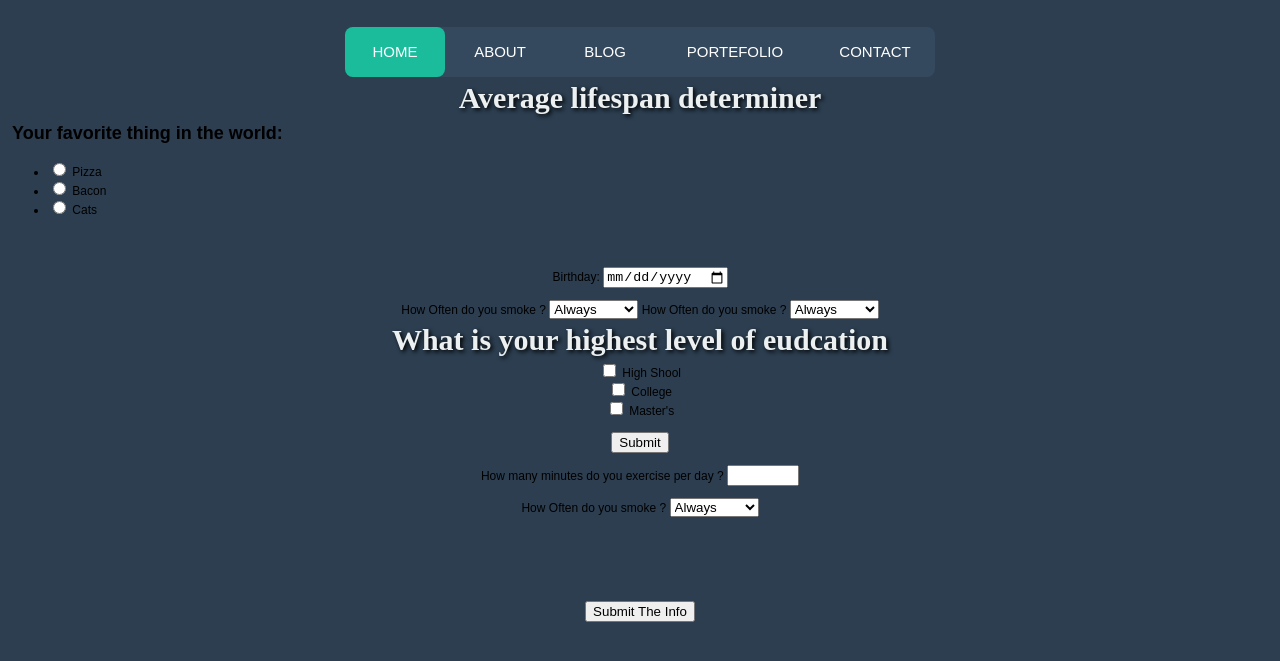
Repository: navid-amini12/capstone-1
Page: wordgame.html
The author's editor kept a copy of each file at every save. The page is drawn from the files as they stood at one save, then again after the next save.
The browser window is 1280 px wide. The pictures show the whole page.

Above is the page before, as saved 2022-06-01 11:28:38.

### wordgame.html


  <link rel="stylesheet" type="text/css" href="Life.css">






 <div class = "container">

   <div class = "element">


<!-- NAVATION STARTING  -->

<nav class ="mynavigation">
  <a href="#">Home</a>
  <a href="#">About</a>
  <a href="#">Blog</a>
  <a href="#">Portefolio</a>
  <a href="#">Contact</a>
  <div class="animation start-home"></div>
</nav>
  <!-- NAVIGATION ENDING -->
    <h1>Average lifespan determiner</h1>







    <div class="alert">
    </div>

    <div class="container">

      <h2>Your favorite thing in the world:</h2>

      <ul>
      <li>
        <input type="radio" id="f-option" name="selector">
        <label for="f-option">Pizza</label>

        <div class="check"></div>
      </li>

      <li>
        <input type="radio" id="s-option" name="selector">
        <label for="s-option">Bacon</label>

        <div class="check"><div class="inside"></div></div>
      </li>

      <li>
        <input type="radio" id="t-option" name="selector">
        <label for="t-option">Cats</label>

        <div class="check"><div class="inside"></div></div>
      </li>
    </ul>
    </div>

    <div class="signature">
    </div>


















  <div class = "left"><form action="/action_page.php">
    <label for="birthday">Birthday:</label>
    <input type="date" id="birthday" name="birthday">

  </form>

<label for="cars">How Often do you smoke ?</label>

<select id="questions">
<option value="volvo">Always</option>
<option value="saab">Often</option>
<option value="opel">Sometimes</option>
<option value="audi">Rarely</option>
<option value="audi">Never</option>
</select>

<label for="cars">How Often do you smoke ?</label>

<select id="questions">
<option value="volvo">Always</option>
<option value="saab">Often</option>
<option value="opel">Sometimes</option>
<option value="audi">Rarely</option>
<option value="audi">Never</option>
</select>

<h1>What is your highest level of eudcation</h1>

<form id = "checkbox1">
<input type="checkbox" id="vehicle1" name="vehicle1" value="Bike">
<label for="vehicle1"> High Shool</label><br>
<input type="checkbox" id="vehicle2" name="vehicle2" value="Car">
<label for="vehicle2"> College</label><br>
<input type="checkbox" id="vehicle3" name="vehicle3" value="Boat">
<label for="vehicle3"> Master's</label><br><br>
<input type="submit" value="Submit">
</form>

<form>
  <label for="quantity">How many minutes do you exercise per day ? </label>
  <input type="number" id="quantity" name="quantity" min="0" max="1000">
</form>




<label for="cars">How Often do you smoke ?</label>

<select id="myquestions">
<option value="always">Always</option>
<option value="often">Often</option>
<option value="sometimes">Sometimes</option>
<option value="rarely">Rarely</option>
<option value="never">Never</option>
</select>
<br>
<br>
<br>
<br>


<br>
<br>
<br>
<button id = "submitInfo">Submit The Info</button></div>





<!-- <input id = "submitInfo" type="button" value = "Submit Info" onclick="alert('Submitting INfo');" /></div> -->

  </div>



  <!-- <input id = "submitInfo" type="button" value = "Submit Info" onclick="alert('Submitting INfo');" /> -->


















  <body class="container">
    <ul id="people" class=""></ul>


    <script src="https://unpkg.com/axios/dist/axios.min.js"></script>
    <script>

      document.getElementById("submitInfo").onclick = function () {
        axios
          .get("http://localhost:4000/api/users")
          .then(function (response) {
            var e = document.getElementById("myquestions");
            var strUser = e.options[e.selectedIndex].text;


            var x = document.getElementById("vehicle1").value;




     if (strUser == "Never") {

         alert(x)



       alert( document.getElementById("people").innerHTML = response.data[0] )

    }
          })


          .catch(function (err) {
            document.getElementById("people").innerHTML =
              '<li class="text-danger">' + err.message + "</li>";
          });
      };
    </script>

### Life.css



/* startin of navtation css */

.left {
  margin-top: 50px;
  text-align: center;
}






nav {
  margin: 27px auto 0;

  position: relative;
  width: 590px;
  height: 50px;
  background-color: #34495e;
  border-radius: 8px;
  font-size: 0;
}
nav a {
  line-height: 50px;
  height: 100%;
  font-size: 15px;
  display: inline-block;
  position: relative;
  z-index: 1;
  text-decoration: none;
  text-transform: uppercase;
  text-align: center;
  color: white;
  cursor: pointer;
}
nav .animation {
  position: absolute;
  height: 100%;
  top: 0;
  z-index: 0;
  transition: all .5s ease 0s;
  border-radius: 8px;
}
a:nth-child(1) {
  width: 100px;
}
a:nth-child(2) {
  width: 110px;
}
a:nth-child(3) {
  width: 100px;
}
a:nth-child(4) {
  width: 160px;
}
a:nth-child(5) {
  width: 120px;
}
nav .start-home, a:nth-child(1):hover~.animation {
  width: 100px;
  left: 0;
  background-color: #1abc9c;
}
nav .start-about, a:nth-child(2):hover~.animation {
  width: 110px;
  left: 100px;
  background-color: #e74c3c;
}
nav .start-blog, a:nth-child(3):hover~.animation {
  width: 100px;
  left: 210px;
  background-color: #3498db;
}
nav .start-portefolio, a:nth-child(4):hover~.animation {
  width: 160px;
  left: 310px;
  background-color: #9b59b6;
}
nav .start-contact, a:nth-child(5):hover~.animation {
  width: 120px;
  left: 470px;
  background-color: #e67e22;
}

body {
  font-size: 12px;
  font-family: sans-serif;
  background: #2c3e50;
}
h1 {
  text-align: center;
  margin: 40px 0 40px;
  text-align: center;
  font-size: 30px;
  color: #ecf0f1;
  text-shadow: 2px 2px 4px #000000;
  font-family: 'Cherry Swash', cursive;
}

p {
    position: absolute;
    bottom: 20px;
    width: 100%;
    text-align: center;
    color: #ecf0f1;
    font-family: 'Cherry Swash',cursive;
    font-size: 16px;
}

span {
    color: #2BD6B4;
}




/* Navigation  */

/*
@import url('https://fonts.googleapis.com/css?family=Lobster&display=swap') repeat scroll 0 0 rgba(0, 0, 0 , 0);

body {
  background: #fff;
}

.title {
  font-size: 2.5rem;
  font-family: 'Lobster', cursive;
}

.container {
  animation: scroll 70s linear infinite;
  background: url("https://images.unsplash.com/photo-1465146633011-14f8e0781093?ixlib=rb-1.2.1&ixid=eyJhcHBfaWQiOjEyMDd9&auto=format&fit=crop&w=3450&q=80"), #111111;
  color: #eee;
  height: 100vh;
  min-width: 360px;
  width: 100%;
  display: flex;
  justify-content: center;
  align-items: center;
  perspective: 1000px;
  perspective-origin: 50% 50%;

}

@keyframes scroll {
   100%{
    background-position:0px -3000px;
  }
}

@media (prefers-reduced-motion) {
  .container {
    animation: scroll 200s linear infinite;
  }
}

@media (min-width: 670px) {
  .title {
    font-size: 5rem;
  }
}

#modalContainer {
  background-color:rgba(0, 0, 0, 0.3);
  position:absolute;
  top:0;
  width:100%;
  height:100%;
  left:0px;
  z-index:10000;
  background-image:url(tp.png); /* required by MSIE to prevent actions on lower z-index elements */
}

#alertBox {
  position:relative;
  width:33%;
  min-height:20%;
  max-height:35%;
  margin-top:50px;
  border:1px solid #fff;
  background-color:#fff;
  background-repeat:no-repeat;
  top:30%;
}

#modalContainer > #alertBox {
  position:fixed;
}

#alertBox h1 {
  margin:0;
  font:bold 1em Raleway,arial;
  background-color:#f97352;
  color:#FFF;
  border-bottom:1px solid #f97352;
  padding:10px 0 10px 5px;
}


#alertBox #closeBtn {
  display:block;
  position:relative;
  margin:100px auto 100px auto;
  padding:7px;
  border:0 none;
  width:70px;
  text-transform:uppercase;
  text-align:center;
  color:#FFF;
  background-color:#f97352;
  border-radius: 0px;
  text-decoration:none;
  outline:0!important;
}

/* unrelated styles */

#mContainer {
  position:relative;
  width:600px;
  margin:auto;
  padding:5px;
  border-top:2px solid #fff;
  border-bottom:2px solid #fff;
}

h1,h2 {
  margin:0;
  padding:4px;
}

code {
  font-size:1.2em;
  color:#069;
}

#credits {
  position:relative;
  margin:25px auto 0px auto;
  width:350px;
  font:0.7em verdana;
  border-top:1px solid #000;
  border-bottom:1px solid #000;
  height:90px;
  padding-top:4px;
}

#credits img {
  float:left;
  margin:5px 10px 5px 0px;
  border:1px solid #000000;
  width:80px;
  height:79px;
}

.important {
  background-color:#F5FCC8;
  padding:2px;

}

@media (max-width: 600px)
{
  #alertBox {
  position:relative;
  width:90%;
  top:30%;
}


 */

After the next save:
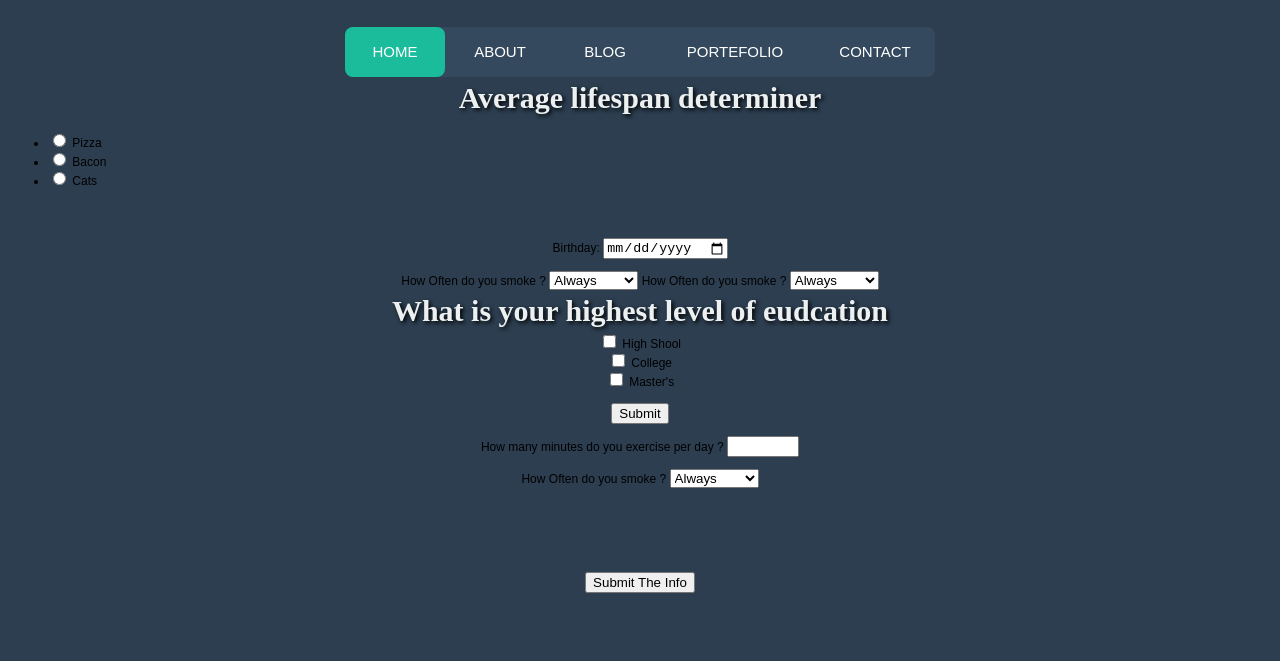
Saved 9 s later.
--- a/wordgame.html
+++ b/wordgame.html
@@ -36,7 +36,6 @@
 
     <div class="container">
 
-      <h2>Your favorite thing in the world:</h2>
 
       <ul>
       <li>
